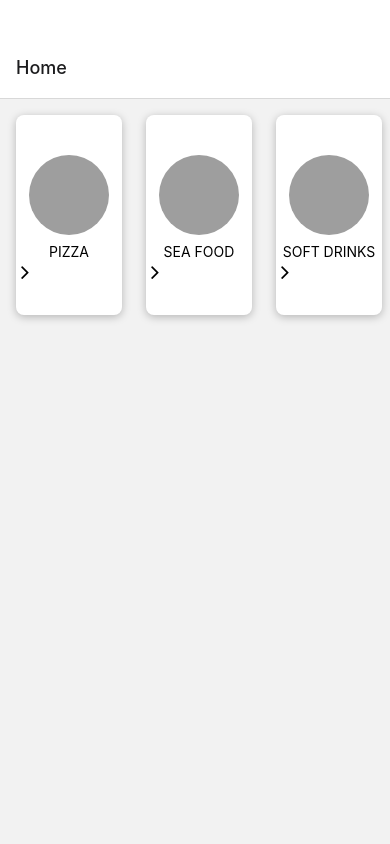
Repository: Esraa22M/ReactNative
Screen: /
An editor plug-in stored every save of this project. The screen is shown before and after the next save, followed by the edit.
Pictures or frames that could not be fetched are drawn as grey boxes. The app was drawn by React Native's web renderer in a window 390 px wide. The project was rebuilt for these pictures with package versions that can differ from the ones it lists, and the page was loaded fresh each time. Also part of the build but not shown: src/components/header/header.component.js, src/colors/front-screen-colors/user-auth-colors.js, src/components/header/header.styles.js, src/components/textInput/textInput.styles.js, src/components/textInput/textInput.components.jsx, src/components/singup-form-body/singup-form-body.components.js, src/screens/front-screen/Singup/singup-screen.screens.jsx, src/authentication/api/login-info.js and 2 more.

Above is the screen before, as saved 2023-09-21 02:04:07.

### App.js
import { SafeAreaView } from "react-native";
import { singupStyles } from "./src/screens/front-screen/Singup/singup-screen.styles";
import { Singup } from "./src/screens/front-screen/Singup/singup-screen.screens";
import UserCard from "./src/screens/front-screen/user-card/user-card.screens";
import { NavigationContainer } from "@react-navigation/native";
import { createStackNavigator } from "@react-navigation/stack";
import { Home } from "./src/screens/front-screen/home/home.screens";
const Stack = createStackNavigator();
export default function App() {
  return (
    <SafeAreaView style={singupStyles.container}>
      {/* <UserCard /> */}
      <NavigationContainer>
        <Stack.Navigator>
          <Stack.Screen name="Home" component={Home} />
        </Stack.Navigator>
      </NavigationContainer>
    </SafeAreaView>
  );
}

### src/screens/front-screen/Singup/singup-screen.styles.jsx
import { StyleSheet } from "react-native";
export const singupStyles = StyleSheet.create({
  container: { flex: 1, marginTop: 35 },
});

### src/screens/front-screen/home/home.screens.js
import { View, Text } from "react-native";
import { Categories } from "../../../components/categories/categories.components";
export const Home = () => {
  return (
    <>
      <Categories />
    </>
  );
};

### src/components/categories/categories.components.js
import { categories } from "../../data/dummay__data";
import { FlatList } from "react-native";
import { CategoryItem } from "./category-item.components";
export const Categories = () => {
  function renderCategoryItem(itemData) {
    return <CategoryItem item={itemData.item} />;
  }
  return (
    <FlatList
      numColumns={3}
      data={categories}
      renderItem={renderCategoryItem}
      keyExtractor={(item) => item.id}
    />
  );
};

### src/data/dummay__data.js
import { Category } from "../modal/category.modals";
export const categories = [
  new Category(
    "1pizza",
    "Pizza",
    "https://img.freepik.com/free-vector/flying-slice-pizza-cartoon-vector-illustration-fast-food-concept-isolated-vector-flat-cartoon-style_138676-1934.jpg?w=740&t=st=1695067102~exp=1695067702~hmac=7d47136b0dff2be87480dc1a22a28658daa67f706d90b59d117303a312dc6c16"
  ),
  new Category(
    "sea_food2",
    "sea food",
    "https://img.freepik.com/free-vector/seafood-products-set_98292-1624.jpg?w=740&t=st=1695067277~exp=1695067877~hmac=62082bdd900b5c830349f2bb8f3cd3466fcfb5395c4f24459194aeaeb256cb2c"
  ),
  new Category(
    "3softDrinks",
    "soft drinks",
    "https://img.freepik.com/free-vector/soda-cups-drink_24877-57922.jpg?w=740&t=st=1695067422~exp=1695068022~hmac=60b80d144880f8a8413a85c867ecfc35a38170c71354acfc84aa5b82ae30d594"
  ),
];

### src/components/categories/category-item.components.js
import { View, Text, Image, StyleSheet, Pressable } from "react-native";
import { HomeColors } from "../../colors/front-screen-colors/home-colors";
import { FontAwesomeIcon } from "@fortawesome/react-native-fontawesome";
import { FontAwesome } from "@expo/vector-icons";
export const CategoryItem = ({ item }) => {
  const { name, image } = item;
  console.log(item);
  return (
    <View style={styles.container}>
      <Pressable>
        <Image source={{ uri: image }} style={styles.image} />
        <Text style={styles.categoryName}>{name}</Text>
        <FontAwesome name="angle-right" size={23} color="black"></FontAwesome>
      </Pressable>
    </View>
  );
};
const styles = StyleSheet.create({
  container: {
    flex: 1,
    height: 200,
    justifyContent: "center",
    backgroundColor: HomeColors.LIGHT_COLOR,
    alignItems: "center",
    shadowColor: "black",
    shadowOpacity: 0.25,
    shadowOffset: { width: 0, height: 2 },
    shadowRadius: 8,
    marginVertical: 16,
    marginLeft: 16,
    marginRight: 8,
    elevation: 4,
    alignItems: "center",
    borderRadius: 8,
  },
  image: {
    width: 80,
    height: 80,
    borderRadius: 80 / 2,
    margin: 8,
  },
  categoryName: {
    textAlign: "center",
    textTransform: "uppercase",
  },
});

### src/modal/category.modals.js
export class Category {
  constructor(id, name, image) {
    this.id = id;
    this.name = name;
    this.image = image;
  }
}

### src/colors/front-screen-colors/home-colors.js
export const HomeColors = { LIGHT_COLOR: "white", ACTIVE_COLOR: "#FFBF00" };

After the next save:
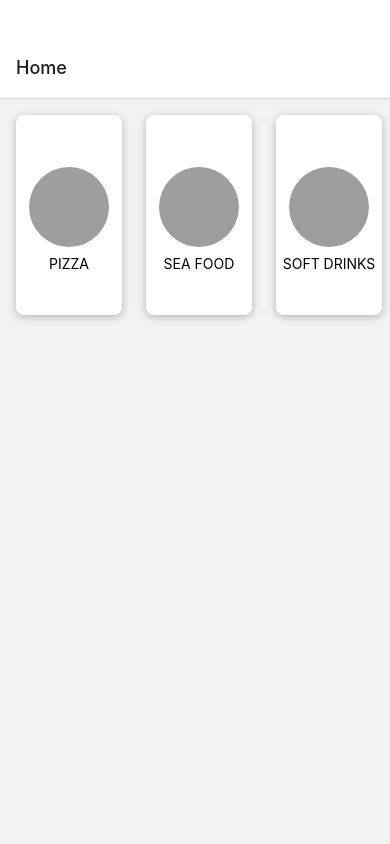
Saved 5 s later.
--- a/src/components/categories/category-item.components.js
+++ b/src/components/categories/category-item.components.js
@@ -10,7 +10,6 @@
       <Pressable>
         <Image source={{ uri: image }} style={styles.image} />
         <Text style={styles.categoryName}>{name}</Text>
-        <FontAwesome name="angle-right" size={23} color="black"></FontAwesome>
       </Pressable>
     </View>
   );

After the save that followed:
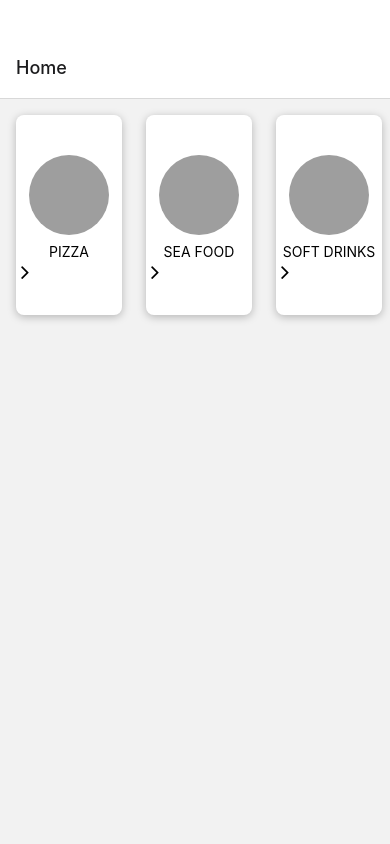
Saved 90 s later.
--- a/src/components/categories/category-item.components.js
+++ b/src/components/categories/category-item.components.js
@@ -9,7 +9,8 @@
     <View style={styles.container}>
       <Pressable>
         <Image source={{ uri: image }} style={styles.image} />
-        <Text style={styles.categoryName}>{name}</Text>
+        <Text style={styles.categoryName}>{name}</Text>{" "}
+        <FontAwesome name="angle-right" size={23} color="black"></FontAwesome>
       </Pressable>
     </View>
   );
